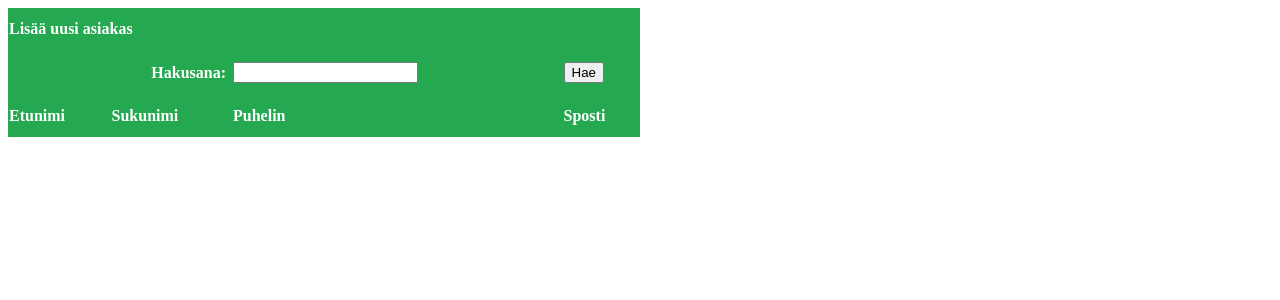
Repository: Lateh13/Asiakkaat
Page: http://localhost/Asiakkaat/listaaasiakkaat.jsp
These files come from the project's save history. The page is drawn as it stood at one moment and after the next save; the edit follows.
The browser window is 1280 px wide. The pictures show the whole page.
The page is served by Tomcat 9. Queries for data that is not in the repository find no rows.

Above is the page before, as saved 2020-04-29 15:52:24.

After the next save:
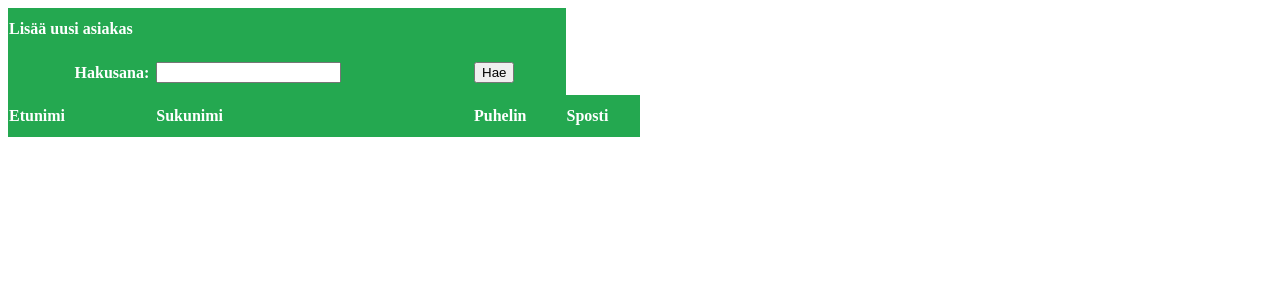
Saved 43 s later.
--- a/Asiakkaat/WebContent/listaaasiakkaat.jsp
+++ b/Asiakkaat/WebContent/listaaasiakkaat.jsp
@@ -12,10 +12,10 @@
 <table id="listaus">
 	<thead>
 		<tr>
-			<th colspan="4" class="th1"><span id="uusiAsiakas">Lisää uusi asiakas</span></th>
+			<th colspan="3" class="th1"><span id="uusiAsiakas">Lisää uusi asiakas</span></th>
 		</tr>
 		<tr>
-			<th id="th1" colspan="2">Hakusana:</th>
+			<th id="th1" colspan="1">Hakusana:</th>
 			<th><input type="text" name="haku" id="haettava" size="20"></th>
 			<th><input type="submit" value="Hae" id="hakunappi"></th>
 		</tr>

After the 2 saves that followed:
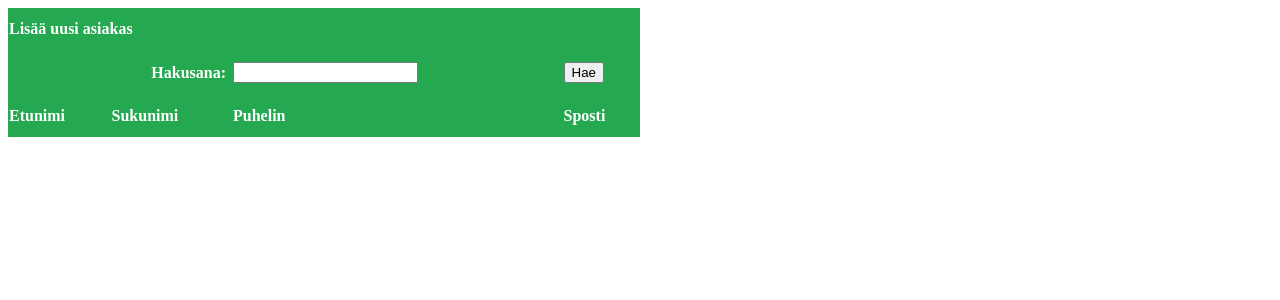
The 2 saves are shown as one change because 1 left the picture as it was.
The last was saved 48 s later.
--- a/Asiakkaat/WebContent/listaaasiakkaat.jsp
+++ b/Asiakkaat/WebContent/listaaasiakkaat.jsp
@@ -12,10 +12,10 @@
 <table id="listaus">
 	<thead>
 		<tr>
-			<th colspan="3" class="th1"><span id="uusiAsiakas">Lisää uusi asiakas</span></th>
+			<th colspan="4" class="th1"><span id="uusiAsiakas">Lisää uusi asiakas</span></th>
 		</tr>
 		<tr>
-			<th id="th1" colspan="1">Hakusana:</th>
+			<th id="th1" colspan="2">Hakusana:</th>
 			<th><input type="text" name="haku" id="haettava" size="20"></th>
 			<th><input type="submit" value="Hae" id="hakunappi"></th>
 		</tr>
--- a/Asiakkaat/WebContent/css/main.css
+++ b/Asiakkaat/WebContent/css/main.css
@@ -21,6 +21,7 @@ table th {
 table td {
 	text-align: left;
 	padding: 6px;
+	border: 1px solid #ddd;
 }
 
 table tbody tr:nth-child(even) {
